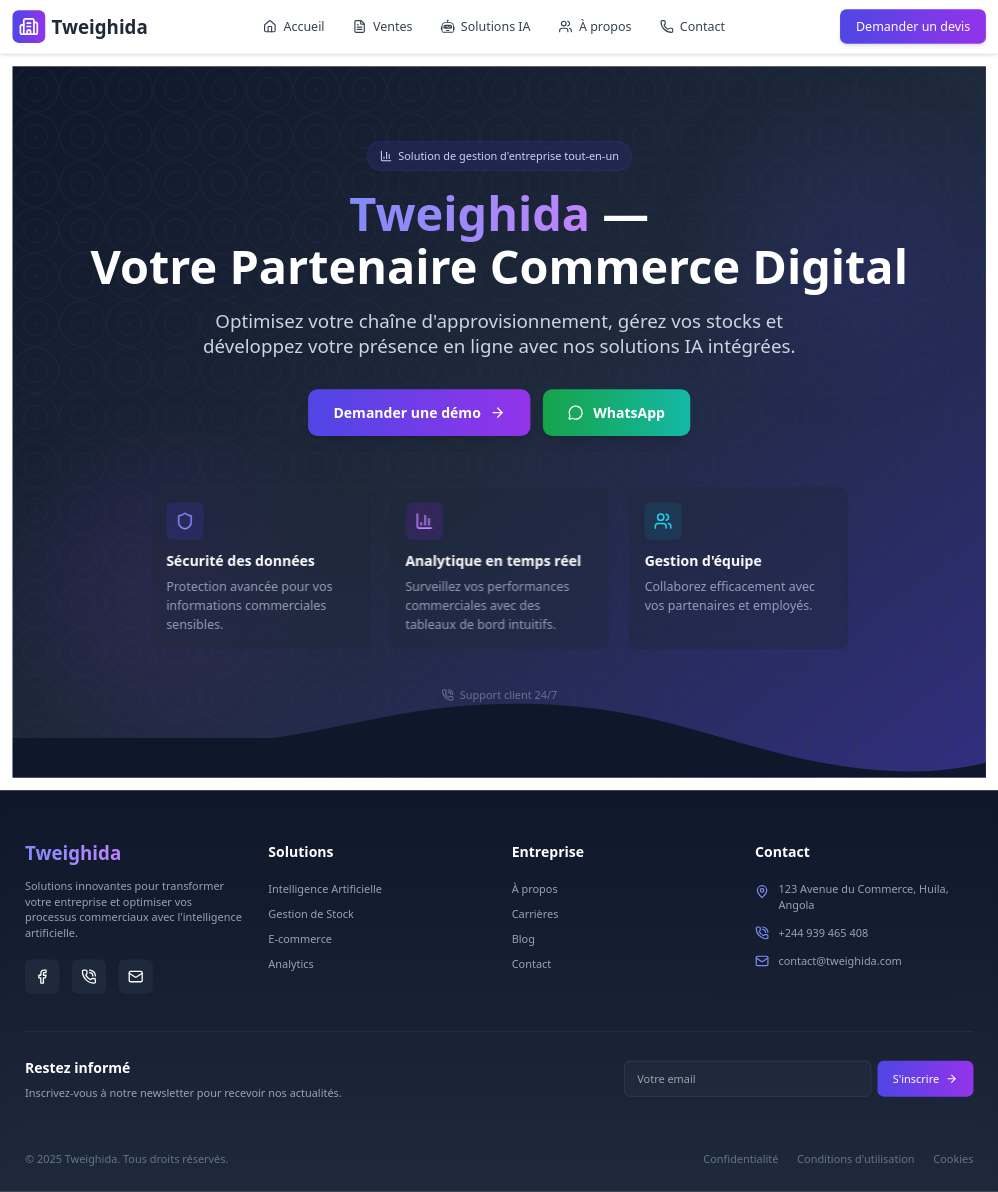
Repository: lamatmed/Tweighida
Page: /
These files come from the project's save history. The page is drawn as it stood at one moment and after the next save; the edit follows.
The browser window is 1280 px wide. The pictures show the whole page, at 78% of full size.
The project was rebuilt for these pictures with package versions that can differ from the ones it lists, and the page was loaded fresh each time. The framework's server and built-in components were replaced by stand-ins that run in the browser. Also part of the build but not shown: next.config.mjs.

Above is the page before, as saved 2025-09-07 14:49:23.

### src/app/layout.tsx
import type { Metadata } from "next"
import Navbar from "./components/Navbar";
import Footer from "./components/Footer";
import '../styles/globals.css'
export const metadata: Metadata = {
  title: "Tweighida comercial LDA",
  description: "App de notes comme archive",
  icons: {
    icon: "/R.png", // Remplace par le chemin de ton icône
    shortcut: "/logo.png",
    apple: "/logo.png",
  },
};

export default function RootLayout({
  children,
}: Readonly<{
  children: React.ReactNode
}>) {
  return (
    <html lang="en">
      <head>
      <link
        href="https://fonts.googleapis.com/icon?family=Material+Icons"
        rel="stylesheet"
      />
      </head>
      <body>  <div className="flex flex-col min-h-screen">
      <Navbar />
      <main className="flex-grow p-4">{children}</main>
      <Footer />
    </div></body>
    </html>
  );
}

### src/app/page.tsx
import Hero from "./components/Hero";

export default function Home() {
  return (
    <Hero />
  )
}

### src/app/components/Navbar.tsx
'use client'
import { useState } from "react";
import { FileText, Home, Info, Menu, X, Building2, Users, Phone } from "lucide-react";
import { motion, AnimatePresence } from "framer-motion";
import { BsRobot } from "react-icons/bs";

export default function Navbar() {
  const [isOpen, setIsOpen] = useState(false);

  return (
    <nav className="sticky top-0 z-50 bg-white shadow-md border-b border-gray-100">
      <div className="max-w-7xl mx-auto flex justify-between items-center px-4 py-3">
        <div className="flex items-center gap-3">
          <motion.div
            whileHover={{ scale: 1.05 }}
            transition={{ type: "spring", stiffness: 400, damping: 10 }}
            className="flex items-center gap-2"
          >
            <div className="bg-gradient-to-r from-indigo-600 to-purple-600 p-2 rounded-lg">
              <Building2 size={26} className="text-white" />
            </div>
            <span className="text-2xl font-bold text-gray-800">Tweighida</span>
          </motion.div>
        </div>

        {/* Menu Desktop */}
        <ul className="hidden lg:flex space-x-1">
          <li>
            <a href="/" className="px-4 py-2 rounded-lg font-medium text-gray-700 hover:text-indigo-600 hover:bg-indigo-50 transition-all flex items-center gap-2">
              <Home size={18} /> Accueil
            </a>
          </li>
          <li>
            <a href="/notes" className="px-4 py-2 rounded-lg font-medium text-gray-700 hover:text-indigo-600 hover:bg-indigo-50 transition-all flex items-center gap-2">
              <FileText size={18} /> Ventes
            </a>
          </li>
          <li>
            <a href="/chat" className="px-4 py-2 rounded-lg font-medium text-gray-700 hover:text-indigo-600 hover:bg-indigo-50 transition-all flex items-center gap-2">
              <BsRobot size={18} /> Solutions IA
            </a>
          </li>
          <li>
            <a href="/about" className="px-4 py-2 rounded-lg font-medium text-gray-700 hover:text-indigo-600 hover:bg-indigo-50 transition-all flex items-center gap-2">
              <Users size={18} /> À propos
            </a>
          </li>
          <li>
            <a href="/contact" className="px-4 py-2 rounded-lg font-medium text-gray-700 hover:text-indigo-600 hover:bg-indigo-50 transition-all flex items-center gap-2">
              <Phone size={18} /> Contact
            </a>
          </li>
        </ul>

        {/* CTA Button */}
        <div className="hidden lg:flex">
          <motion.button
            whileHover={{ scale: 1.03 }}
            whileTap={{ scale: 0.98 }}
            className="bg-gradient-to-r from-indigo-600 to-purple-600 text-white px-5 py-2.5 rounded-lg font-medium shadow-md hover:shadow-lg transition-shadow"
          >
            Demander un devis
          </motion.button>
        </div>

        {/* Bouton Menu pour mobile */}
        <button
          className="lg:hidden block focus:outline-none p-2 rounded-lg hover:bg-gray-100 transition-colors"
          onClick={() => setIsOpen(!isOpen)}
          aria-label="Ouvrir le menu"
        >
          {isOpen ? <X size={24} className="text-gray-700" /> : <Menu size={24} className="text-gray-700" />}
        </button>
      </div>

      {/* Menu Mobile */}
      <AnimatePresence>
        {isOpen && (
          <motion.div
            initial={{ opacity: 0, height: 0 }}
            animate={{ opacity: 1, height: "auto" }}
            exit={{ opacity: 0, height: 0 }}
            transition={{ duration: 0.2 }}
            className="lg:hidden bg-white shadow-xl border-t border-gray-100 overflow-hidden"
          >
            <ul className="flex flex-col py-3 px-4 space-y-2">
              <li>
                <a href="/" className="flex items-center gap-3 px-4 py-3 rounded-lg font-medium text-gray-700 hover:text-indigo-600 hover:bg-indigo-50 transition-all">
                  <Home size={20} /> Accueil
                </a>
              </li>
              <li>
                <a href="/notes" className="flex items-center gap-3 px-4 py-3 rounded-lg font-medium text-gray-700 hover:text-indigo-600 hover:bg-indigo-50 transition-all">
                  <FileText size={20} /> Ventes
                </a>
              </li>
              <li>
                <a href="/chat" className="flex items-center gap-3 px-4 py-3 rounded-lg font-medium text-gray-700 hover:text-indigo-600 hover:bg-indigo-50 transition-all">
                  <BsRobot size={20} /> Solutions IA
                </a>
              </li>
              <li>
                <a href="/about" className="flex items-center gap-3 px-4 py-3 rounded-lg font-medium text-gray-700 hover:text-indigo-600 hover:bg-indigo-50 transition-all">
                  <Users size={20} /> À propos
                </a>
              </li>
              <li>
                <a href="/contact" className="flex items-center gap-3 px-4 py-3 rounded-lg font-medium text-gray-700 hover:text-indigo-600 hover:bg-indigo-50 transition-all">
                  <Phone size={20} /> Contact
                </a>
              </li>
              <li className="pt-2 border-t border-gray-100 mt-2">
                <button className="w-full bg-gradient-to-r from-indigo-600 to-purple-600 text-white px-4 py-3 rounded-lg font-medium shadow-md">
                  Demander un devis
                </button>
              </li>
            </ul>
          </motion.div>
        )}
      </AnimatePresence>
    </nav>
  );
}

### src/app/components/Footer.tsx
import { Facebook, PhoneCall, Mail, MapPin, ArrowRight } from "lucide-react";

export default function Footer() {
  return (
    <footer className="bg-gradient-to-b from-slate-900 to-slate-800 text-white pt-16 pb-8 shadow-inner border-t border-slate-700/30">
      <div className="max-w-7xl mx-auto px-4 sm:px-6 lg:px-8">
        <div className="grid grid-cols-1 md:grid-cols-2 lg:grid-cols-4 gap-8 mb-12">
          {/* Brand section */}
          <div className="lg:col-span-1">
            <div className="flex items-center gap-2 mb-4">
              <span className="text-2xl font-bold bg-gradient-to-r from-indigo-400 to-purple-400 bg-clip-text text-transparent">
                Tweighida
              </span>
            </div>
            <p className="text-slate-400 text-sm mb-6 max-w-xs">
              Solutions innovantes pour transformer votre entreprise et optimiser vos processus commerciaux avec l'intelligence artificielle.
            </p>
            <div className="flex space-x-4">
              <a
                href="https://www.facebook.com"
                target="_blank"
                rel="noopener noreferrer"
                className="bg-slate-800 hover:bg-indigo-600 p-3 rounded-lg transition-colors"
                aria-label="Visitez notre page Facebook"
              >
                <Facebook size={20} />
              </a>
              <a
                href="https://wa.me/244939465408"
                target="_blank"
                rel="noopener noreferrer"
                className="bg-slate-800 hover:bg-green-600 p-3 rounded-lg transition-colors"
                aria-label="Contactez-nous sur WhatsApp"
              >
                <PhoneCall size={20} />
              </a>
              <a
                href="mailto:contact@tweighida.com"
                className="bg-slate-800 hover:bg-cyan-600 p-3 rounded-lg transition-colors"
                aria-label="Envoyez-nous un email"
              >
                <Mail size={20} />
              </a>
            </div>
          </div>

          {/* Solutions */}
          <div>
            <h3 className="font-semibold text-lg mb-6 text-white">Solutions</h3>
            <ul className="space-y-3">
              <li><a href="/solutions/ia" className="text-slate-400 hover:text-indigo-400 text-sm flex items-center gap-2 transition-colors">Intelligence Artificielle</a></li>
              <li><a href="/solutions/gestion" className="text-slate-400 hover:text-indigo-400 text-sm flex items-center gap-2 transition-colors">Gestion de Stock</a></li>
              <li><a href="/solutions/ecommerce" className="text-slate-400 hover:text-indigo-400 text-sm flex items-center gap-2 transition-colors">E-commerce</a></li>
              <li><a href="/solutions/analytics" className="text-slate-400 hover:text-indigo-400 text-sm flex items-center gap-2 transition-colors">Analytics</a></li>
            </ul>
          </div>

          {/* Entreprise */}
          <div>
            <h3 className="font-semibold text-lg mb-6 text-white">Entreprise</h3>
            <ul className="space-y-3">
              <li><a href="/about" className="text-slate-400 hover:text-indigo-400 text-sm flex items-center gap-2 transition-colors">À propos</a></li>
              <li><a href="/careers" className="text-slate-400 hover:text-indigo-400 text-sm flex items-center gap-2 transition-colors">Carrières</a></li>
              <li><a href="/blog" className="text-slate-400 hover:text-indigo-400 text-sm flex items-center gap-2 transition-colors">Blog</a></li>
              <li><a href="/contact" className="text-slate-400 hover:text-indigo-400 text-sm flex items-center gap-2 transition-colors">Contact</a></li>
            </ul>
          </div>

          {/* Contact Info */}
          <div>
            <h3 className="font-semibold text-lg mb-6 text-white">Contact</h3>
            <div className="space-y-4">
              <div className="flex items-start gap-3">
                <MapPin size={18} className="text-indigo-400 mt-1 flex-shrink-0" />
                <p className="text-slate-400 text-sm">123 Avenue du Commerce, Huila, Angola</p>
              </div>
              <div className="flex items-center gap-3">
                <PhoneCall size={18} className="text-indigo-400 flex-shrink-0" />
                <p className="text-slate-400 text-sm">+244 939 465 408</p>
              </div>
              <div className="flex items-center gap-3">
                <Mail size={18} className="text-indigo-400 flex-shrink-0" />
                <p className="text-slate-400 text-sm">contact@tweighida.com</p>
              </div>
            </div>
          </div>
        </div>

        {/* Newsletter */}
        <div className="border-t border-slate-700/50 pt-8 mb-8">
          <div className="flex flex-col md:flex-row justify-between items-center gap-6">
            <div className="flex-1">
              <h3 className="font-semibold text-lg mb-2 text-white">Restez informé</h3>
              <p className="text-slate-400 text-sm">Inscrivez-vous à notre newsletter pour recevoir nos actualités.</p>
            </div>
            <div className="flex-1 w-full max-w-md">
              <form className="flex gap-2">
                <input
                  type="email"
                  placeholder="Votre email"
                  className="bg-slate-800 border border-slate-700 rounded-lg px-4 py-3 text-sm text-white focus:outline-none focus:ring-2 focus:ring-indigo-500 flex-1"
                  required
                />
                <button
                  type="submit"
                  className="bg-gradient-to-r from-indigo-600 to-purple-600 text-white px-5 py-3 rounded-lg font-medium text-sm hover:shadow-lg transition-shadow flex items-center gap-2"
                >
                  S'inscrire <ArrowRight size={16} />
                </button>
              </form>
            </div>
          </div>
        </div>

        {/* Copyright */}
        <div className="border-t border-slate-700/30 pt-8 flex flex-col md:flex-row justify-between items-center">
          <p className="text-slate-500 text-sm text-center md:text-left mb-4 md:mb-0">
            © {new Date().getFullYear()} Tweighida. Tous droits réservés.
          </p>
          <div className="flex items-center gap-6">
            <a href="/privacy" className="text-slate-500 hover:text-indigo-400 text-sm transition-colors">
              Confidentialité
            </a>
            <a href="/terms" className="text-slate-500 hover:text-indigo-400 text-sm transition-colors">
              Conditions d'utilisation
            </a>
            <a href="/cookies" className="text-slate-500 hover:text-indigo-400 text-sm transition-colors">
              Cookies
            </a>
          </div>
        </div>
      </div>
    </footer>
  );
}

### src/app/components/Hero.tsx
'use client';
import { useState, useEffect } from "react";
import Loader from "./Loader";
import { motion } from "framer-motion";
import { ArrowRight, Play, MessageCircle, BarChart3, Shield, Users, PhoneCall } from "lucide-react";

export default function Hero() {
  const [loading, setLoading] = useState(true);

  useEffect(() => {
    const timer = setTimeout(() => {
      setLoading(false);
    }, 1000);
    return () => clearTimeout(timer);
  }, []);

  if (loading) {
    return <Loader />;
  }

  return (
    <section className="relative w-full min-h-screen flex items-center justify-center text-center bg-gradient-to-br from-slate-900 via-slate-800 to-indigo-900 text-white px-4 overflow-hidden">
      {/* Background pattern */}
      <div className="absolute inset-0 bg-[url('data:[embedded picture, 342 characters]')] opacity-20 z-0"></div>

      {/* Decorative elements */}
      <div className="absolute top-20 right-10 w-72 h-72 bg-indigo-600 opacity-10 rounded-full blur-3xl" aria-hidden="true" />
      <div className="absolute bottom-20 left-10 w-80 h-80 bg-purple-600 opacity-10 rounded-full blur-3xl" aria-hidden="true" />

      <div className="w-full max-w-6xl px-6 py-16 md:py-24 z-10">
        <motion.div
          className="inline-flex items-center gap-2 bg-indigo-900/30 border border-indigo-700/30 rounded-full px-4 py-2 mb-6 text-sm text-indigo-200"
          initial={{ y: -10, opacity: 0 }}
          animate={{ y: 0, opacity: 1 }}
          transition={{ duration: 0.6, ease: 'easeOut' }}
        >
          <BarChart3 size={16} />
          <span>Solution de gestion d'entreprise tout-en-un</span>
        </motion.div>

        <motion.h1
          className="text-4xl sm:text-5xl md:text-6xl font-bold mb-6 leading-tight"
          initial={{ y: -10, opacity: 0 }}
          animate={{ y: 0, opacity: 1 }}
          transition={{ duration: 0.8, ease: 'easeInOut' }}
        >
          <span className="bg-gradient-to-r from-indigo-400 to-purple-400 bg-clip-text text-transparent">Tweighida</span> —
          <div className="mt-2">Votre Partenaire Commerce Digital</div>
        </motion.h1>

        <motion.p
          className="text-lg sm:text-xl md:text-2xl mb-10 max-w-3xl mx-auto text-slate-300 font-light"
          initial={{ y: 10, opacity: 0 }}
          animate={{ y: 0, opacity: 1 }}
          transition={{ duration: 1, delay: 0.2, ease: 'easeInOut' }}
        >
          Optimisez votre chaîne d'approvisionnement, gérez vos stocks et développez votre présence en ligne avec nos solutions IA intégrées.
        </motion.p>

        <div className="flex flex-col sm:flex-row gap-4 justify-center mb-16">
          <motion.a
            href="/demo"
            className="px-8 py-4 text-lg font-semibold bg-gradient-to-r from-indigo-600 to-purple-600 text-white rounded-xl shadow-lg hover:shadow-xl transition-all flex items-center justify-center gap-3 group"
            whileHover={{ scale: 1.03 }}
            whileTap={{ scale: 0.98 }}
          >
            Demander une démo <ArrowRight size={20} className="group-hover:translate-x-1 transition-transform" />
          </motion.a>

          <motion.a
            href="https://wa.me/244934808438"
            target="_blank"
            rel="noopener noreferrer"
            className="px-8 py-4 text-lg font-semibold bg-gradient-to-r from-green-600 to-teal-500 text-white rounded-xl shadow-lg hover:shadow-xl transition-all flex items-center justify-center gap-3 group"
            whileHover={{ scale: 1.03 }}
            whileTap={{ scale: 0.98 }}
          >
            <MessageCircle size={20} /> WhatsApp
          </motion.a>
        </div>

        {/* Features highlights */}
        <motion.div
          className="grid grid-cols-1 md:grid-cols-3 gap-6 max-w-4xl mx-auto text-left mb-12"
          initial={{ opacity: 0, y: 20 }}
          animate={{ opacity: 1, y: 0 }}
          transition={{ delay: 0.4, duration: 0.7 }}
        >
          <div className="bg-slate-800/40 backdrop-blur-sm p-5 rounded-xl border border-slate-700/30">
            <div className="bg-indigo-700/20 p-3 rounded-lg inline-flex mb-3">
              <Shield size={24} className="text-indigo-400" />
            </div>
            <h3 className="font-semibold text-lg mb-2">Sécurité des données</h3>
            <p className="text-slate-400">Protection avancée pour vos informations commerciales sensibles.</p>
          </div>

          <div className="bg-slate-800/40 backdrop-blur-sm p-5 rounded-xl border border-slate-700/30">
            <div className="bg-purple-700/20 p-3 rounded-lg inline-flex mb-3">
              <BarChart3 size={24} className="text-purple-400" />
            </div>
            <h3 className="font-semibold text-lg mb-2">Analytique en temps réel</h3>
            <p className="text-slate-400">Surveillez vos performances commerciales avec des tableaux de bord intuitifs.</p>
          </div>

          <div className="bg-slate-800/40 backdrop-blur-sm p-5 rounded-xl border border-slate-700/30">
            <div className="bg-cyan-700/20 p-3 rounded-lg inline-flex mb-3">
              <Users size={24} className="text-cyan-400" />
            </div>
            <h3 className="font-semibold text-lg mb-2">Gestion d'équipe</h3>
            <p className="text-slate-400">Collaborez efficacement avec vos partenaires et employés.</p>
          </div>
        </motion.div>

        <div className="mt-6 text-sm text-slate-500">
          <span className="flex items-center justify-center gap-2">
            <PhoneCall size={16} /> Support client 24/7
          </span>
        </div>
      </div>

      {/* Bottom wave divider */}
      <div className="absolute bottom-0 left-0 w-full overflow-hidden">
        <svg
          className="relative block w-full h-16 md:h-24 text-slate-900"
          viewBox="0 0 1200 120"
          preserveAspectRatio="none"
        >
          <path d="M321.39,56.44c58-10.79,114.16-30.13,172-41.86,82.39-16.72,168.19-17.73,250.45-.39C823.78,31,906.67,72,985.66,92.83c70.05,18.48,146.53,26.09,214.34,3V120H0V56.44Z" fill="currentColor"></path>
        </svg>
      </div>
    </section>
  );
}

### src/app/components/Loader.tsx

import React from 'react';
import styled from 'styled-components';

const Loader = () => {
  return (
    <StyledWrapper>
      <div className="loader" />
    </StyledWrapper>
  );
}

const StyledWrapper = styled.div`
  .loader {
   position: relative;
   width: 2.5em;
   height: 2.5em;
   transform: rotate(165deg);
  }

  .loader:before, .loader:after {
   content: "";
   position: absolute;
   top: 50%;
   left: 50%;
   display: block;
   width: 0.5em;
   height: 0.5em;
   border-radius: 0.25em;
   transform: translate(-50%, -50%);
  }

  .loader:before {
   animation: before8 2s infinite;
  }

  .loader:after {
   animation: after6 2s infinite;
  }

  @keyframes before8 {
   0% {
    width: 0.5em;
    box-shadow: 1em -0.5em rgba(225, 20, 98, 0.75), -1em 0.5em rgba(111, 202, 220, 0.75);
   }

   35% {
    width: 2.5em;
    box-shadow: 0 -0.5em rgba(225, 20, 98, 0.75), 0 0.5em rgba(111, 202, 220, 0.75);
   }

   70% {
    width: 0.5em;
    box-shadow: -1em -0.5em rgba(225, 20, 98, 0.75), 1em 0.5em rgba(111, 202, 220, 0.75);
   }

   100% {
    box-shadow: 1em -0.5em rgba(225, 20, 98, 0.75), -1em 0.5em rgba(111, 202, 220, 0.75);
   }
  }

  @keyframes after6 {
   0% {
    height: 0.5em;
    box-shadow: 0.5em 1em rgba(61, 184, 143, 0.75), -0.5em -1em rgba(233, 169, 32, 0.75);
   }

   35% {
    height: 2.5em;
    box-shadow: 0.5em 0 rgba(61, 184, 143, 0.75), -0.5em 0 rgba(233, 169, 32, 0.75);
   }

   70% {
    height: 0.5em;
    box-shadow: 0.5em -1em rgba(61, 184, 143, 0.75), -0.5em 1em rgba(233, 169, 32, 0.75);
   }

   100% {
    box-shadow: 0.5em 1em rgba(61, 184, 143, 0.75), -0.5em -1em rgba(233, 169, 32, 0.75);
   }
  }

  .loader {
   position: absolute;
   top: calc(50% - 1.25em);
   left: calc(50% - 1.25em);
  }`;

export default Loader;

### tailwind.config.js
/** @type {import('tailwindcss').Config} */
module.exports = {
  content: [
    "./pages/**/*.{js,ts,jsx,tsx}",
    "./components/**/*.{js,ts,jsx,tsx}",
    "./app/**/*.{js,ts,jsx,tsx}",
    "./src/**/*.{js,ts,jsx,tsx}",  // Ajoute cette ligne si ton projet est dans src/
  ],
  theme: {
    extend: {},
  },
  plugins: [],
};

Loaded but not shown: src/styles/globals.css (common file)

After the next save:
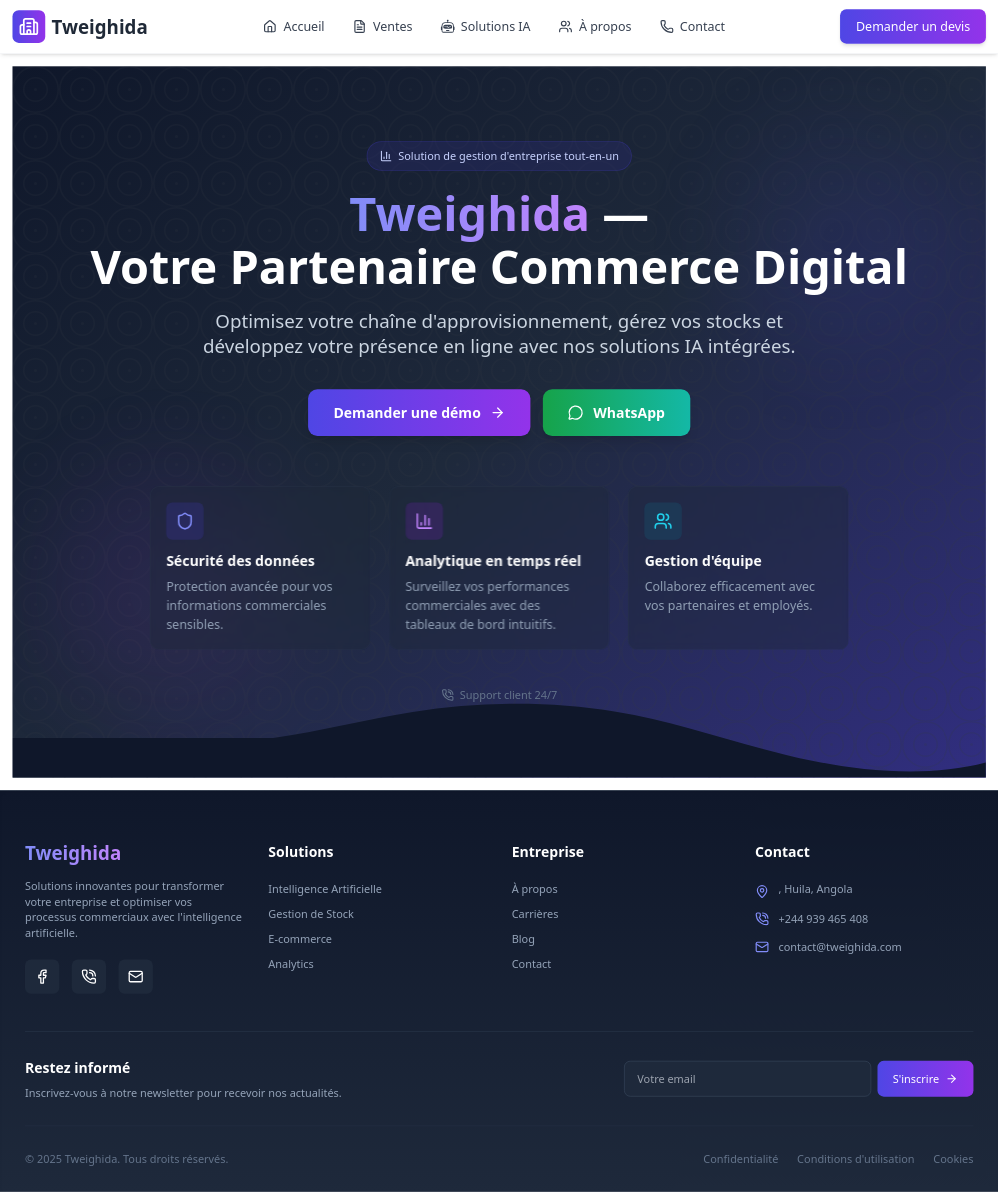
Saved 10 s later.
--- a/src/app/components/Footer.tsx
+++ b/src/app/components/Footer.tsx
@@ -72,7 +72,7 @@
             <div className="space-y-4">
               <div className="flex items-start gap-3">
                 <MapPin size={18} className="text-indigo-400 mt-1 flex-shrink-0" />
-                <p className="text-slate-400 text-sm">123 Avenue du Commerce, Huila, Angola</p>
+                <p className="text-slate-400 text-sm">, Huila, Angola</p>
               </div>
               <div className="flex items-center gap-3">
                 <PhoneCall size={18} className="text-indigo-400 flex-shrink-0" />
